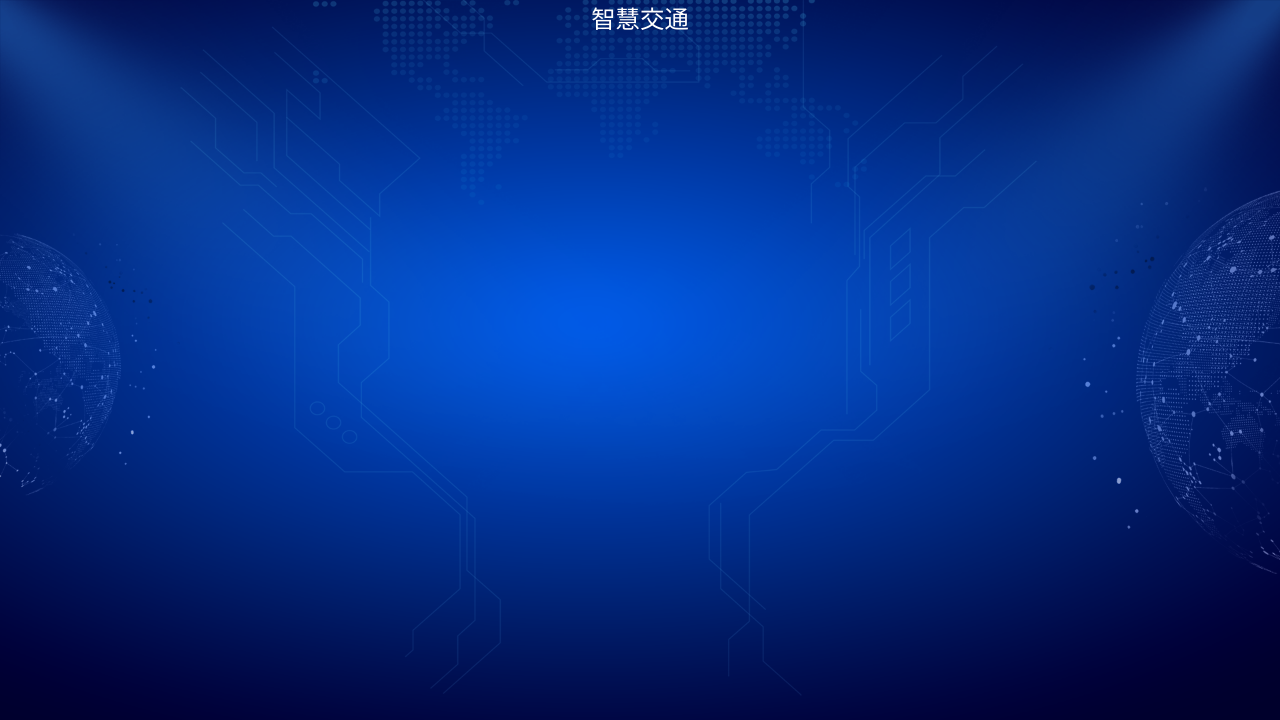
Repository: lizzie7d/smart-traffic
Page: /
The author's editor kept a copy of each file at every save. The page is drawn from the files as they stood at one save, then again after the next save.
The browser window is 1280 px wide. The pictures show the whole page.
The project was rebuilt for these pictures with package versions that can differ from the ones it lists, and the page was loaded fresh each time.

Above is the page before, as saved 2023-04-11 16:11:22.

After the next save:
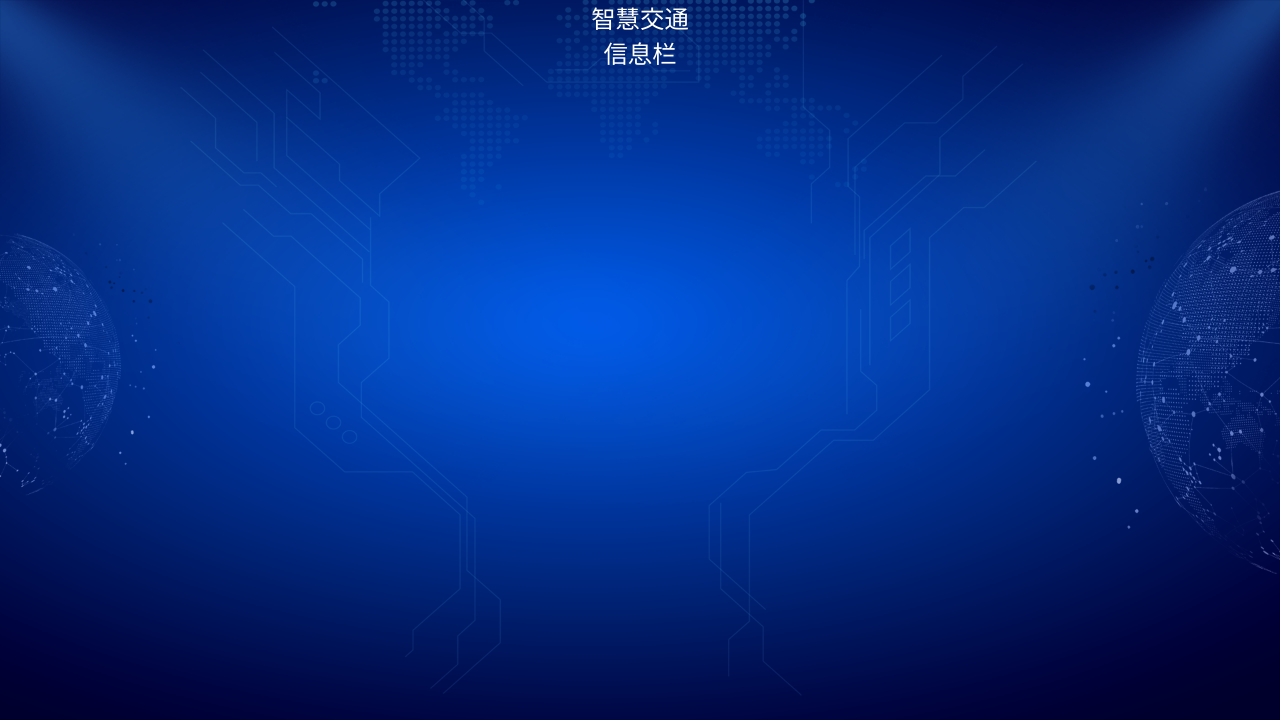
Saved 43 min 9 s later.
--- a/src/pages/main.jsx
+++ b/src/pages/main.jsx
@@ -5,7 +5,9 @@ const MainPage = () => {
         <div className="main-container">
             <div className="main-title">
                 智慧交通
-
+                <div className="main-left">
+                    信息栏
+                </div>
             </div>
         </div>
     )
